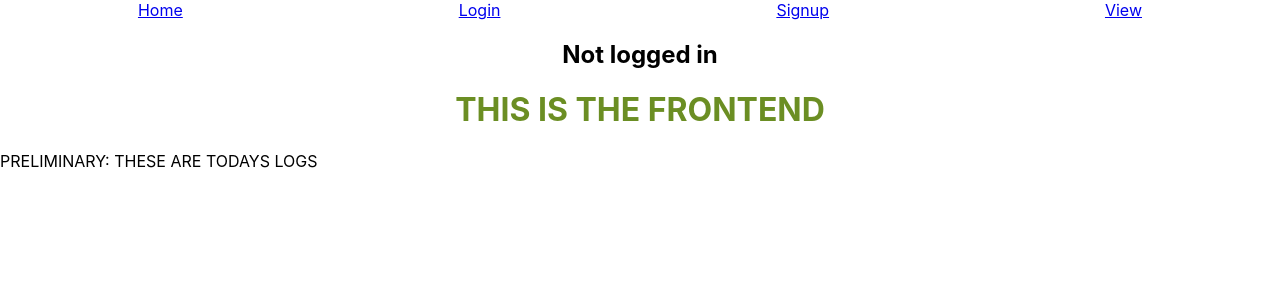
Repository: MikeTroianello/SuPro
Page: /view (app in frontend/)
The author's editor kept a copy of each file at every save. The page is drawn from the files as they stood at one save, then again after the next save.
The browser window is 1280 px wide. The pictures show the whole page.
The page's requests for data from a server got no answer. The project was rebuilt for these pictures with package versions that can differ from the ones it lists, and the page was loaded fresh each time. A package was used in the major version that the imports need, not the one package.json lists. No one was signed in, and anything a server would have sent is missing. Also part of the build but not shown: frontend/src/components/auth/protected-route.js, frontend/src/components/Home.js, frontend/src/components/Login.js, frontend/src/components/Signup.js, frontend/src/components/Create.js, frontend/src/components/Profile.js.

Above is the page before, as saved 2019-10-30 23:11:55.

After the next save:
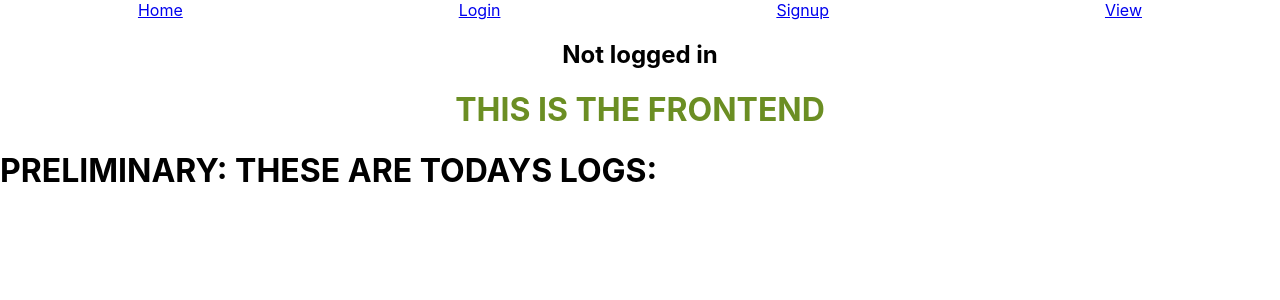
Saved 20 s later.
--- a/frontend/src/components/View.js
+++ b/frontend/src/components/View.js
@@ -15,6 +15,10 @@ export default class View extends Component {
   }
 
   render() {
-    return <div>PRELIMINARY: THESE ARE TODAYS LOGS</div>;
+    return (
+      <div>
+        <h1>PRELIMINARY: THESE ARE TODAYS LOGS:</h1>
+      </div>
+    );
   }
 }
